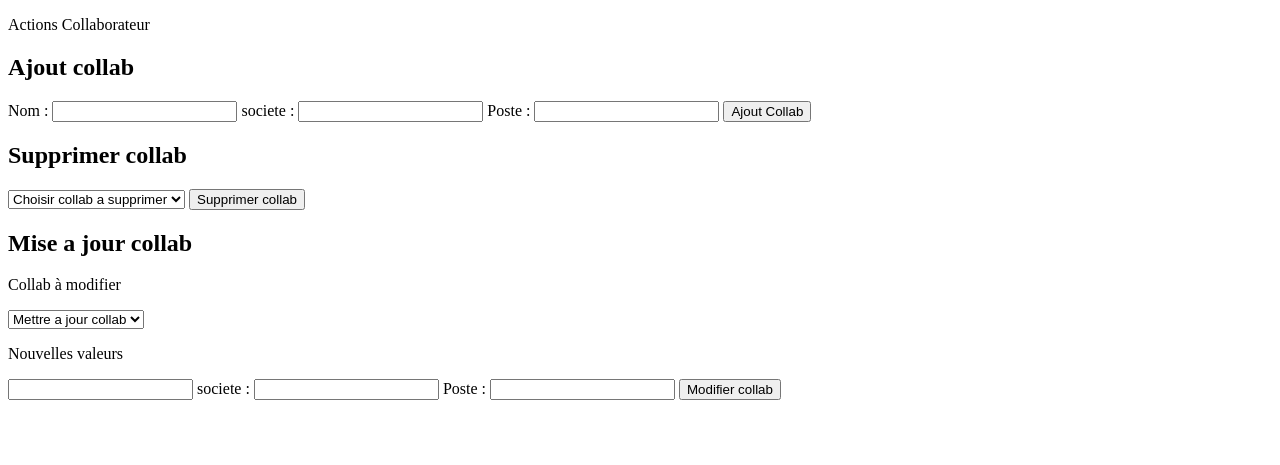
Repository: Shakibaei-2020/CRA_JEE_FINAL
Page: http://localhost/jee_crainfocom/WEB-INF/accueil.jsp
The author's editor kept a copy of each file at every save. The page is drawn from the files as they stood at one save, then again after the next save.
The browser window is 1280 px wide. The pictures show the whole page.
The page is served by Tomcat 9. Nobody is signed in. Other server files are loaded and not shown. The template is opened directly, without the code that normally fills it, so the values that code supplies are empty.

Above is the page before, as saved 2021-03-25 14:16:03.

### CRA_JEE_FINAL/CRA_JEE_FINAL/jee_crainfocom/src/main/webapp/WEB-INF/accueil.jsp
<%@ page pageEncoding="UTF-8" %>
<%@ taglib uri="http://java.sun.com/jsp/jstl/core" prefix="c" %>
<!DOCTYPE html>
<html>
<head>
<meta charset="ISO-8859-1">
<title>Insert title here</title>
</head>
<body>
<p>Actions Collaborateur</p>




<h2>Ajout collab</h2>
 <form method="post" action="accueil">
            <label for="nomColl">Nom : </label>
            <input type="text" name="nomColl" id="nomColl" />

            <label for="societeColl">societe : </label>
            <input type="text" name="societeColl" id="societeColl" />

            <label for="posteColl">Poste : </label>
            <input type="text" name="posteColl" id="posteColl" />

            <input type="submit" value="Ajout Collab" />
        </form>

 <h2>Supprimer collab</h2>

<form method="post" action="">
	<select name="pets" id="pet-select">
    	<option value="">Choisir collab a supprimer</option>
    	<option value="dog">Collab</option>
	</select>
<input type="submit" value="Supprimer collab" />
</form>


 <h2>Mise a jour collab</h2>
 <form method="post" action="">
 <p>Collab à modifier</p>
	<select name="pets" id="pet-select">
    	<option value="">Mettre a jour collab</option>
    	<option value="dog">Collab</option>
	</select>
	<p>Nouvelles valeurs</p>
	   <input type="text" name="nomColl" id="nomColl" />

            <label for="societeColl">societe : </label>
            <input type="text" name="societeColl" id="societeColl" />

            <label for="posteColl">Poste : </label>
            <input type="text" name="posteColl" id="posteColl" />


<input type="submit" value="Modifier collab" />
</form>





  <c:if test="${ !empty nomColl }"><p><c:out value="Bonjour, vous vous appelez ${ nomColl } vous etes ${ posteColl }  chez ${ societeColl } " /></p></c:if>
<c:out value=" ${ insert} "/>


</body>
</html>

After the next save:
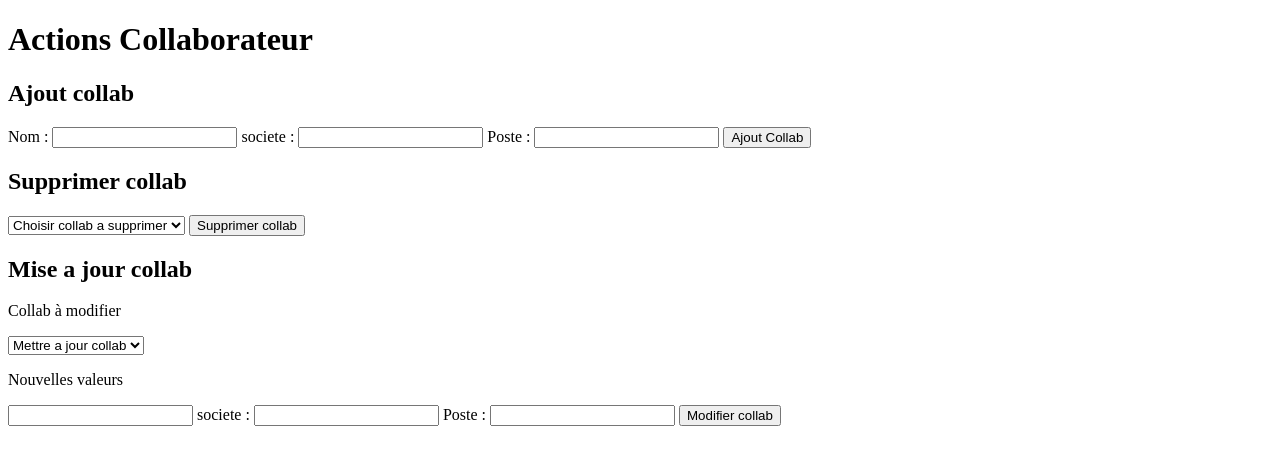
Saved 15 s later.
--- a/CRA_JEE_FINAL/CRA_JEE_FINAL/jee_crainfocom/src/main/webapp/WEB-INF/accueil.jsp
+++ b/CRA_JEE_FINAL/CRA_JEE_FINAL/jee_crainfocom/src/main/webapp/WEB-INF/accueil.jsp
@@ -7,10 +7,7 @@
 <title>Insert title here</title>
 </head>
 <body>
-<p>Actions Collaborateur</p>
-
-
-
+<h1>Actions Collaborateur</h1>
 
 <h2>Ajout collab</h2>
  <form method="post" action="accueil">
